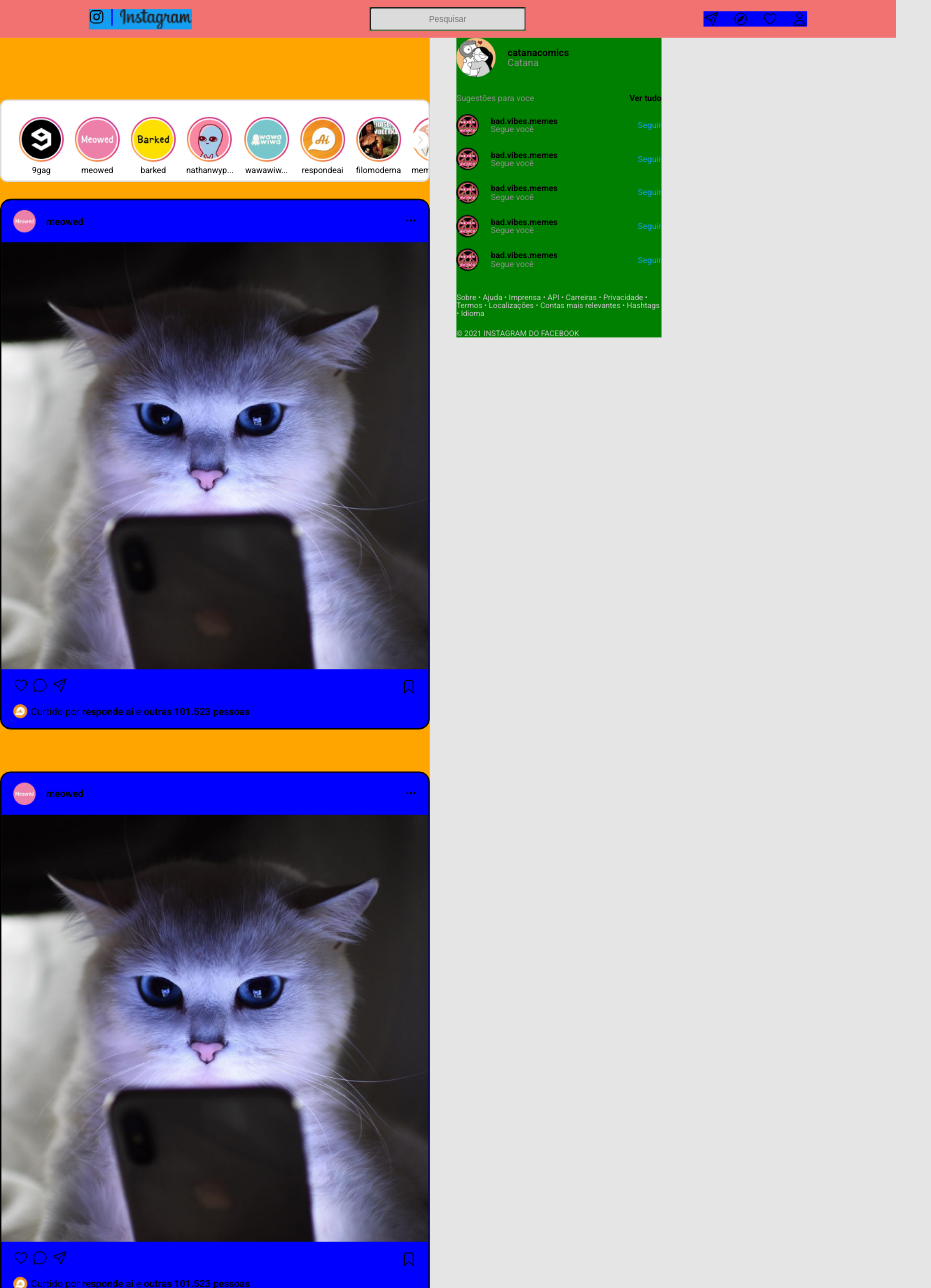
Repository: Zezinoo/proj-2-instagram-clone
Page: index.html
The author's editor kept a copy of each file at every save. The page is drawn from the files as they stood at one save, then again after the next save.
The browser window is 1280 px wide. The page is 1280 px wide, then 1330 px, then 1280 px, so the pictures cover 1330 px, including what lies to the right of the window. The pictures show the part of the page from y = 0 to 1840 px (the page is 2738 px tall before and 3738 px after), at 70% of full size.
Some web libraries are served in a nearby version.

Above is the page before, as saved 2022-06-05 03:06:15.

### index.html
<!DOCTYPE html>
<html lang="en">
<head>
    <meta charset="UTF-8">
    <meta http-equiv="X-UA-Compatible" content="IE=edge">
    <meta name="viewport" content="width=device-width, initial-scale=1.0">
    <link rel="stylesheet" href="reset.css">
    <link rel="stylesheet" href="style.css">
    <link rel="preconnect" href="https://fonts.googleapis.com">
    <link rel="preconnect" href="https://fonts.gstatic.com" crossorigin>
    <link href="https://fonts.googleapis.com/css2?family=Encode+Sans:wght@100;200;300;400;500;600;700&family=Roboto:ital,wght@0,100;0,300;0,400;0,500;0,700;1,100;1,300;1,400;1,500&display=swap" rel="stylesheet">
    <title>Instagram</title>
</head>
<body>
<div class="top">
        <div class = "logo">
            <ion-icon name="logo-instagram" style="font-size:22px"></ion-icon>
        <div class="vertical-line"></div>
            <img src="./imgs/logo 1.svg" alt="">
    </div>
        <div class="search-bar">
            <input type="text" placeholder="Pesquisar">
        </div>
    <div class="top-icons">
        <ion-icon name="paper-plane-outline"></ion-icon>
        <ion-icon name="compass-outline"></ion-icon>
        <ion-icon name="heart-outline"></ion-icon>
        <ion-icon name="person-outline"></ion-icon>
    </div>
</div>
<div class="feed">
    <div class="content">
        <div class="stories">
            <div class="story">
                <img src="./imgs/stories_background 3.png" alt="">
                <div class="user-logo">
                    <img src="./imgs/9gag 1.png" alt="">
                </div>
                <div class="user-name">
                    9gag
                </div>
            </div>
            <div class="story">
                <img src="./imgs/stories_background 3.png" alt="">
                <div class="user-logo">
                    <img src="./imgs/meowed 1.png" alt="">
                </div>
                <div class="user-name">
                    meowed
                </div>
            </div>
            <div class="story">
                <img src="./imgs/stories_background 3.png" alt="">
                <div class="user-logo">
                    <img src="./imgs/barked 1.png" alt="">
                </div>
                <div class="user-name">
                    barked
                </div>
            </div>
            <div class="story">
                <img src="./imgs/stories_background 3.png" alt="">
                <div class="user-logo">
                    <img src="./imgs/nathanwpylestrangeplanet 1.png" alt="">
                </div>
                <div class="user-name">
                    nathanwyp...
                </div>
            </div>
            <div class="story">
                <img src="./imgs/stories_background 3.png" alt="">
                <div class="user-logo">
                    <img src="./imgs/wawawiwacomicsa 1.png" alt="">
                </div>
                <div class="user-name">
                    wawawiw...
                </div>
            </div>
            <div class="story">
                <img src="./imgs/stories_background 3.png" alt="">
                <div class="user-logo">
                    <img src="./imgs/respondeai 1.png" alt="">
                </div>
                <div class="user-name">
                    respondeai
                </div>
            </div>
            <div class="story">
                <img src="./imgs/stories_background 3.png" alt="">
                <div class="user-logo">
                    <img src="./imgs/filomoderna 1.png" alt="">
                </div>
                <div class="user-name">
                    filomoderna
                </div>
            </div>
            <div class="story">
                <img src="./imgs/stories_background 3.png" alt="">
                <div class="user-logo">
                    <img src="./imgs/memeriagourmet 1.png" alt="">
                </div>
                <div class="user-name">
                    memeriagourmet
                </div>
                <div class="arrow">
                    <ion-icon name="chevron-forward-circle"></ion-icon>
                </div>
            </div>
        </div>
        <div class="post">
            <div class="info">
                <div class="op">
                    <img src="./imgs/meowed 2.png" alt="">
                    <div class="op-name">
                    meowed
                    </div>
                </div>
                <div class="dots">
                    <ion-icon name="ellipsis-horizontal"></ion-icon>
                </div>
            </div>
            <img src="./imgs/gato-telefone 1.png" alt="">
            <div class="bottom">
                <div class="post-icons">
                    <div class="left-icons">
                        <ion-icon name="heart-outline"></ion-icon>
                        <ion-icon name="chatbubble-outline"></ion-icon>
                        <ion-icon name="paper-plane-outline"></ion-icon>
                    </div>
                    <ion-icon name="bookmark-outline"></ion-icon>
                </div>
                <div class="comments">
                    <div class="follow-image">
                        <img src="./imgs/respondeai 2.png" alt="">
                    </div>
                    <div class="comment-message">
                        <p>Curtido por <strong>responde ai</strong> e <strong>outras 101.523 pessoas</strong></p>
                    </div>
                </div>
            </div>
        </div>
        <div class="post">
            <div class="info">
                <div class="op">
                    <img src="./imgs/meowed 2.png" alt="">
                    <div class="op-name">
                    meowed
                    </div>
                </div>
                <div class="dots">
                    <ion-icon name="ellipsis-horizontal"></ion-icon>
                </div>
            </div>
            <img src="./imgs/gato-telefone 1.png" alt="">
            <div class="bottom">
                <div class="post-icons">
                    <div class="left-icons">
                        <ion-icon name="heart-outline"></ion-icon>
                        <ion-icon name="chatbubble-outline"></ion-icon>
                        <ion-icon name="paper-plane-outline"></ion-icon>
                    </div>
                    <ion-icon name="bookmark-outline"></ion-icon>
                </div>
                <div class="comments">
                    <div class="follow-image">
                        <img src="./imgs/respondeai 2.png" alt="">
                    </div>
                    <div class="comment-message">
                        <p>Curtido por <strong>responde ai</strong> e <strong>outras 101.523 pessoas</strong></p>
                    </div>
                </div>
            </div>
        </div>
        <div class="post">
            <div class="info">
                <div class="op">
                    <img src="./imgs/meowed 2.png" alt="">
                    <div class="op-name">
                    meowed
                    </div>
                </div>
                <div class="dots">
                    <ion-icon name="ellipsis-horizontal"></ion-icon>
                </div>
            </div>
            <img src="./imgs/gato-telefone 1.png" alt="">
            <div class="bottom">
                <div class="post-icons">
                    <div class="left-icons">
                        <ion-icon name="heart-outline"></ion-icon>
                        <ion-icon name="chatbubble-outline"></ion-icon>
                        <ion-icon name="paper-plane-outline"></ion-icon>
                    </div>
                    <ion-icon name="bookmark-outline"></ion-icon>
                </div>
                <div class="comments">
                    <div class="follow-image">
                        <img src="./imgs/respondeai 2.png" alt="">
                    </div>
                    <div class="comment-message">
                        <p>Curtido por <strong>responde ai</strong> e <strong>outras 101.523 pessoas</strong></p>
                    </div>
                </div>
            </div>
        </div>
    </div>
    <div class="sidebar">
        <div class="user">
            <img src="./imgs/catanacomics 1.png" alt="">
            <div class="user-info">
                <div class="username">
                    catanacomics
                </div>
                <div class="name">
                    Catana
                </div>
            </div>
        </div>
        <div class="suggestion-text">
            <div class="recommended">
                Sugestões para voce
            </div>
            <div class="for-you">
                Ver tudo
            </div>
        </div>
        <div class="suggestion">
            <div class="suggestion-user">
                <img src="./imgs/badvibesmemes 1.png" alt="">
                <div class="user-info">
                    <div class="username">
                        bad.vibes.memes
                    </div>
                    <div class="name">
                        Segue você
                    </div>
                </div>
            </div>
            <div class="follow">
                Seguir
            </div>
        </div>
        <div class="suggestion">
            <div class="suggestion-user">
                <img src="./imgs/badvibesmemes 1.png" alt="">
                <div class="user-info">
                    <div class="username">
                        bad.vibes.memes
                    </div>
                    <div class="name">
                        Segue você
                    </div>
                </div>
            </div>
            <div class="follow">
                Seguir
            </div>
        </div>
        <div class="suggestion">
            <div class="suggestion-user">
                <img src="./imgs/badvibesmemes 1.png" alt="">
                <div class="user-info">
                    <div class="username">
                        bad.vibes.memes
                    </div>
                    <div class="name">
                        Segue você
                    </div>
                </div>
            </div>
            <div class="follow">
                Seguir
            </div>
        </div>
        <div class="suggestion">
            <div class="suggestion-user">
                <img src="./imgs/badvibesmemes 1.png" alt="">
                <div class="user-info">
                    <div class="username">
                        bad.vibes.memes
                    </div>
                    <div class="name">
                        Segue você
                    </div>
                </div>
            </div>
            <div class="follow">
                Seguir
            </div>
        </div>
        <div class="suggestion">
            <div class="suggestion-user">
                <img src="./imgs/badvibesmemes 1.png" alt="">
                <div class="user-info">
                    <div class="username">
                        bad.vibes.memes
                    </div>
                    <div class="name">
                        Segue você
                    </div>
                </div>
            </div>
            <div class="follow">
                Seguir
            </div>
        </div>
        <div class="help-text">
            <p>Sobre • Ajuda • Imprensa • API • Carreiras • Privacidade •
                Termos • Localizações • Contas mais relevantes • Hashtags •
                Idioma</p>
        </div>
        <div class="trademark">
            <p>© 2021 INSTAGRAM DO FACEBOOK</p>
        </div>
    </div>
</div>
<script src="https://unpkg.com/ionicons@5.4.0/dist/ionicons.js"></script>

</body>
</html>

### style.css

body{
    background-color: #e5e5e5;
    font-family: 'Roboto', sans-serif;
}


.top {
    width: 100%;
    height: 54px;
    display: flex;
    flex-direction: row ;
    justify-content: space-around;
    align-items: center;
    background-color: rgba(255, 0, 0, 0.5);
    position: relative;
}

.logo{
    width: 10px;
    background-color: #139EF2;
    display:flex;
    flex-basis: content;
    align-items: flex-start;
    width: 100%;
}

.vertical-line{
    height: 22px;
    margin: 0 10px;
    border: blue 1px solid;
}
.search-bar{
    background-color: green;
}

.search-bar input{
    height: 28px;
    width: 215px;
    border-radius: 4px;
    text-align: center;
    background-color: #DBDBDB;
    color: #979797;
    font-size: 12px;
}

.top-icons{
    display: flex;
    flex-direction:row;
    justify-content:space-between;
    background-color:blue;
}

.top-icons ion-icon{
    font-size: 22px;
    margin-right: 20px;
}
.top-icons ion-icon:nth-child(4){
    margin-right: 0px;
}

.feed {
    display: flex;
    flex-direction: row;
    margin: 0 auto;
}


.content{
    display: flex;
    flex-direction: column;
    background-color: orange;
}

strong{
    font-weight: bold;
}

.stories{
    margin-top: 88px;
    margin-bottom: 24px;
    width: 614px;
    height:118px;
    display: flex;
    flex-direction: row;
    align-items: center;
    position: relative;
    justify-content: flex-start;
    background-color: #FFFFFF;
    overflow: hidden;
    border-radius: 10px;
    border: 2px solid #DBDBDB;
    box-sizing: border-box;
}
.stories .story:nth-child(1){
    margin-left:24px;
}

.story{
    display: flex;
    flex-direction: column;
    justify-content: center;
    margin-right: 14px;
    margin-top: 20px;
    position: relative;
}

.story img{
    width: 66px;
    height: 66px;
}

.story .user-logo{
    display: flex;
    position: absolute;
    top: 5px;
    left: 5px;
    z-index: 1;
}

.story .user-name{
    margin-top: 5px;
    display: flex;
    justify-content: center;
    height: 19px;
    font-size: 12px;
}

.user-logo img{
    width: 56px;
    height: 56px;
}

.arrow {
    position: absolute;
    top: 18px;
    left: -5px;
    font-size: 32px;
    z-index: 3;
    color: #FFFFFF ;
    text-shadow: 60px -16px green;
}

.post{
    background-color: blue;
    display: flex;
    flex-direction: column;
    width: 614px;
    border: 2px solid ;
    border-radius: 15px;
    box-sizing: border-box;
    margin-bottom: 60px;

}

.post .info {
    height: 60px;
    display: flex;
    align-items: center;
    justify-content: space-between;
}

.post .info .op{
    display: flex;
    flex-direction: row;
    box-sizing: border-box;
    margin-left: 17px;
    justify-content: space-evenly;
    align-items: center;
}

.op .op-name{
    margin-left: 15px;
    font-weight: bold;
    font-size: 14px;
}

.info .dots{
    margin-right: 17px;
    font-size: 16px;
}

.post .bottom{
    margin: 0 17px;
    margin-top: 10px;
}

.bottom .post-icons{
    height: 30px;
    font-size: 22px;
    display: flex;
    justify-content: space-between;
    align-items: center;
}

.post-icons .left-icons{
    margin-right: 14px;
}

.bottom .comments{
    display: flex;
    align-items: center;
    margin-top: 10px;
    margin-bottom: 14px;
}
.comments .follow-image{
    height: 20px;
    width: 20px;
    margin-right: 5px;
}
.follow-image img{
    width: 100%;
    height: 100%;
}

.comments .comment-message{
    font-size: 14px;
}

.sidebar{
    background-color: green;
    margin-left: 38px;
    width: 293px;
    height: 100%;
    box-sizing: border-box;
}

.sidebar .user{
    height: 56px;
    display: flex;
    align-items: center;
    margin-bottom: 24px;
}

.user .user-info{
    margin-left: 17px;
    display: flex;
    flex-direction: column;
    font-size: 14px;
}
.user-info .username{
    font-weight: bold;
}

.user-info .name{
    color: #8E8E8E;
}

.sidebar .suggestion-text{
    display: flex;
    justify-content: space-between;
    margin-bottom: 17px;
    font-size: 12px;
}

.suggestion-text .recommended{
    color: #8E8E8E;
}

.suggestion-text .for-you{
    font-weight: bold;
}

.sidebar .suggestion{
    display: flex;
    justify-content: space-between;
    align-items: center;
    margin-bottom: 16px;
}
.suggestion-user{
    display: flex;
    align-items: center;
}

.suggestion-user .user-info{
    margin-left: 17px;
    display: flex;
    flex-direction: column;
    font-size: 12px;
}
.user-info .username{
    font-weight: bold;
}

.user-info .name{
    color: #8E8E8E;
}

.suggestion .follow {
    font-size: 12px;
    color: #139EF2;
}

.suggestion:nth-child(7){
    margin-bottom: 0px;
}

.sidebar .help-text{
    margin-top: 33px;
    margin-bottom: 18px;
    font-size: 11px;
    color: #C7C7C7;
}

.sidebar .trademark{
    font-size: 11px;
    color: #C7C7C7;
}

@media(max-width:935px){
    .sidebar{
        display: none;
    }
    .feed{
        position: static;
    }
}

/*fix top*/

Loaded but not shown: reset.css (common file)

After the next save:
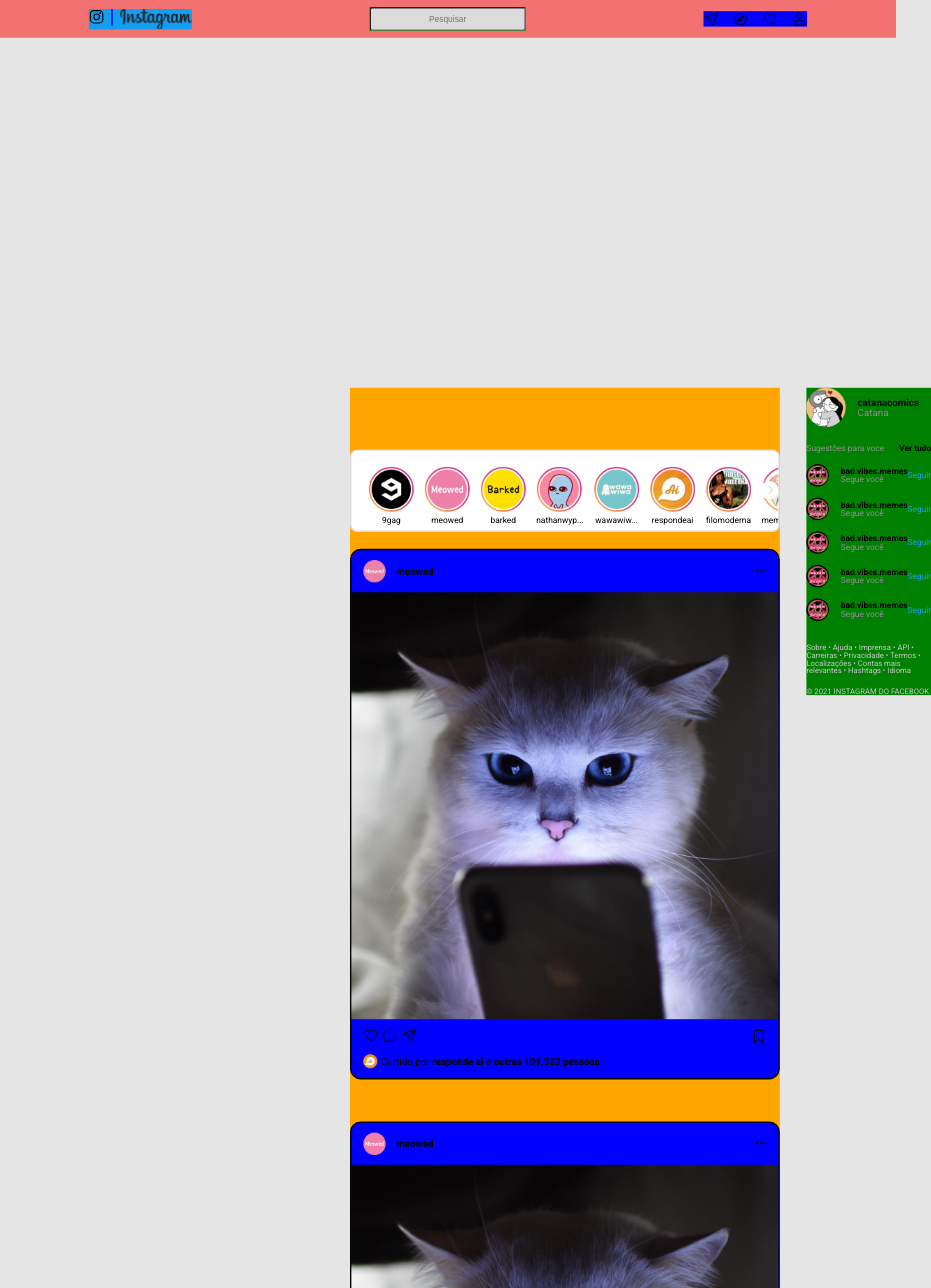
Saved 25 s later.
--- a/style.css
+++ b/style.css
@@ -62,7 +62,7 @@
 .feed {
     display: flex;
     flex-direction: row;
-    margin: 0 auto;
+    margin: 500px;
 }
 
 

After the save that followed:
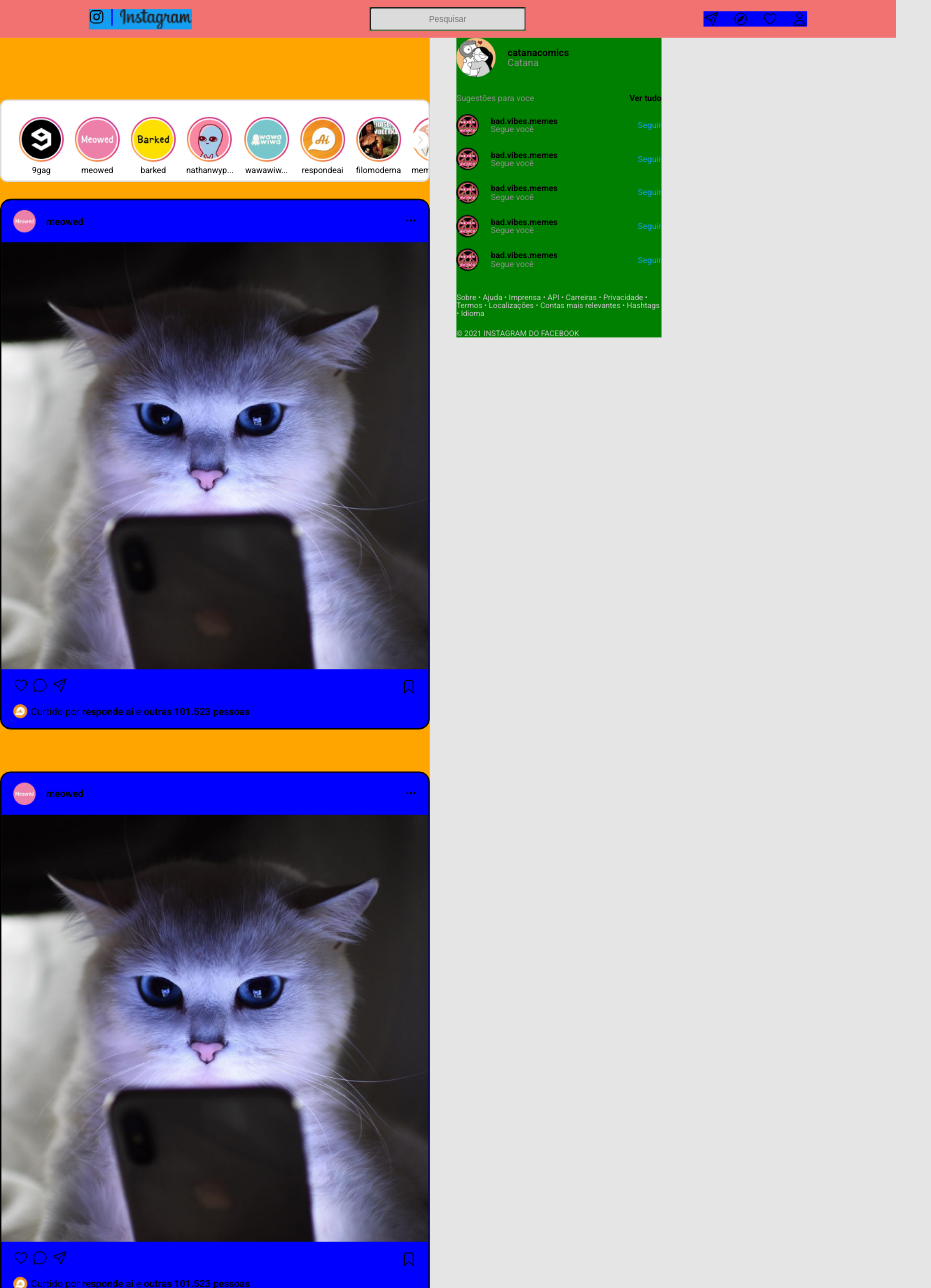
Saved 13 s later.
--- a/style.css
+++ b/style.css
@@ -62,7 +62,7 @@
 .feed {
     display: flex;
     flex-direction: row;
-    margin: 500px;
+    margin: auto;
 }
 
 
